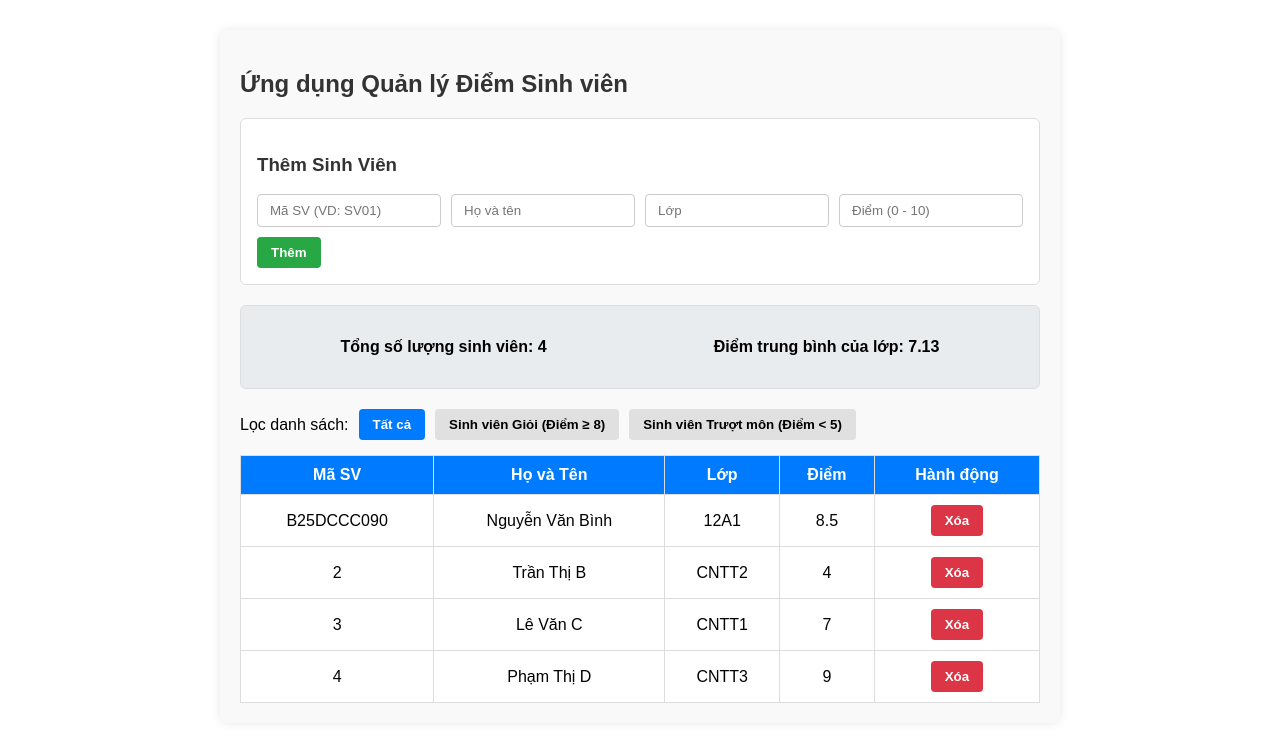
Repository: bachphamudu/B25DCCC030
Page: /
These files come from the project's save history. The page is drawn as it stood at one moment and after the next save; the edit follows.
The browser window is 1280 px wide. The pictures show the whole page.
The project was rebuilt for these pictures with package versions that can differ from the ones it lists, and the page was loaded fresh each time.

Above is the page before, as saved 2026-10-15 09:53:11.

### src/App.js
import React, { useState } from 'react';
import './App.css';

// 1. Đổi "props" thành "sql" trong StudentItem
const StudentItem = (sql) => {
  return (
    <tr>
      <td>{sql.student.id}</td>
      <td>{sql.student.name}</td>
      <td>{sql.student.className}</td>
      <td>{sql.student.score}</td>
      <td>
        <button
          className="btn-delete"
          onClick={() => sql.onDelete(sql.student.id)}
        >
          Xóa
        </button>
      </td>
    </tr>
  );
};

// 2. Đổi "props" thành "sql" trong StudentTable
const StudentTable = (sql) => {
  if (sql.students.length === 0) {
    return <p className="empty-text">Không có sinh viên nào phù hợp.</p>;
  }

  return (
    <table className="student-table">
      <thead>
        <tr>
          <th>Mã SV</th>
          <th>Họ và Tên</th>
          <th>Lớp</th>
          <th>Điểm</th>
          <th>Hành động</th>
        </tr>
      </thead>
      <tbody>
        {sql.students.map((student) => (
          <StudentItem
            key={student.id}
            student={student}
            onDelete={sql.onDelete}
          />
        ))}
      </tbody>
    </table>
  );
};

const App = () => {
  const [students, setStudents] = useState([
    { id: 'B25DCCC090', name: 'Nguyễn Văn Bình', score: 8.5, className: '12A1' },
    { id: '2', name: 'Trần Thị B', score: 4.0, className: 'CNTT2' },
    { id: '3', name: 'Lê Văn C', score: 7.0, className: 'CNTT1' },
    { id: '4', name: 'Phạm Thị D', score: 9.0, className: 'CNTT3' },
  ]);

  const [formData, setFormData] = useState({
    id: '',
    name: '',
    score: '',
    className: '',
  });

  const [errorMessage, setErrorMessage] = useState('');

  const [filterType, setFilterType] = useState('ALL');

  const handleInputChange = (e) => {
    const name = e.target.name;
    const value = e.target.value;
    setFormData((prev) => ({
      ...prev,
      [name]: value,
    }));
  };

  const handleAddStudent = (e) => {
    e.preventDefault();

    if (!formData.id.trim() || !formData.name.trim() || !formData.className.trim() || formData.score === '') {
      setErrorMessage('Vui lòng điền đầy đủ tất cả các trường thông tin!');
      return;
    }

    const isExisted = students.some((s) => s.id.toString().trim() === formData.id.trim());
    if (isExisted) {
      setErrorMessage(`Mã sinh viên "${formData.id.trim()}" đã tồn tại! Vui lòng chọn mã khác.`);
      return;
    }

    const numericScore = parseFloat(formData.score);
    if (isNaN(numericScore) || numericScore < 0 || numericScore > 10) {
      setErrorMessage('Điểm số phải là số hợp lệ từ 0 đến 10!');
      return;
    }

    const newStudent = {
      id: formData.id.trim(),
      name: formData.name.trim(),
      score: numericScore,
      className: formData.className.trim(),
    };

    setStudents((prev) => [...prev, newStudent]);

    setFormData({ id: '', name: '', score: '', className: '' });
    setErrorMessage('');
  };

  const handleDeleteStudent = (id) => {
    setStudents((prev) => prev.filter((student) => student.id !== id));
  };

  const filteredStudents = students.filter((student) => {
    if (filterType === 'EXCELLENT') return student.score >= 8;
    if (filterType === 'FAILED') return student.score < 5;
    return true;
  });

  const totalStudents = students.length;
  const averageScore = totalStudents > 0
    ? (students.reduce((sum, current) => sum + current.score, 0) / totalStudents).toFixed(2)
    : 0;

  return (
    <div className="container">
      <h2>Ứng dụng Quản lý Điểm Sinh viên</h2>

      {}
      <div className="card">
        <h3>Thêm Sinh Viên</h3>
        {errorMessage && <p className="error-alert">{errorMessage}</p>}
        <form onSubmit={handleAddStudent} className="form-group">
          <input
            type="text"
            name="id"
            placeholder="Mã SV (VD: SV01)"
            value={formData.id}
            onChange={handleInputChange}
          />
          <input
            type="text"
            name="name"
            placeholder="Họ và tên"
            value={formData.name}
            onChange={handleInputChange}
          />
          <input
            type="text"
            name="className"
            placeholder="Lớp"
            value={formData.className}
            onChange={handleInputChange}
          />
          <input
            type="number"
            name="score"
            placeholder="Điểm (0 - 10)"
            step="0.1"
            value={formData.score}
            onChange={handleInputChange}
          />
          <button type="submit" className="btn-add">Thêm</button>
        </form>
      </div>

      {}
      <div className="card stats-card">
        <p>{`Tổng số lượng sinh viên: ${totalStudents}`}</p>
        <p>{`Điểm trung bình của lớp: ${averageScore}`}</p>
      </div>

      {}
      <div className="filter-group">
        <span>Lọc danh sách: </span>
        <button
          className={filterType === 'ALL' ? 'active' : ''}
          onClick={() => setFilterType('ALL')}
        >
          Tất cả
        </button>
        <button
          className={filterType === 'EXCELLENT' ? 'active' : ''}
          onClick={() => setFilterType('EXCELLENT')}
        >
          Sinh viên Giỏi (Điểm &ge; 8)
        </button>
        <button
          className={filterType === 'FAILED' ? 'active' : ''}
          onClick={() => setFilterType('FAILED')}
        >
          Sinh viên Trượt môn (Điểm &lt; 5)
        </button>
      </div>

      {}
      <StudentTable
        students={filteredStudents}
        onDelete={handleDeleteStudent}
      />
    </div>
  );
};

export default App;

### src/App.css
.container {
  max-width: 800px;
  margin: 30px auto;
  padding: 20px;
  font-family: Arial, sans-serif;
  background-color: #f9f9f9;
  border-radius: 8px;
  box-shadow: 0 0 10px rgba(0, 0, 0, 0.1);
}

h2, h3 {
  color: #333;
}

.card {
  background: white;
  padding: 16px;
  border-radius: 6px;
  margin-bottom: 20px;
  border: 1px solid #ddd;
}

.form-group {
  display: flex;
  gap: 10px;
  flex-wrap: wrap;
}

.form-group input {
  padding: 8px 12px;
  border: 1px solid #ccc;
  border-radius: 4px;
  flex: 1;
  min-width: 140px;
}

.error-alert {
  color: red;
  margin-bottom: 10px;
  font-size: 14px;
}

button {
  cursor: pointer;
  padding: 8px 14px;
  border: none;
  border-radius: 4px;
  font-weight: bold;
}

.btn-add {
  background-color: #28a745;
  color: white;
}

.btn-delete {
  background-color: #dc3545;
  color: white;
}

.stats-card {
  display: flex;
  justify-content: space-around;
  font-weight: bold;
  background-color: #e9ecef;
}

.filter-group {
  margin-bottom: 15px;
  display: flex;
  align-items: center;
  gap: 10px;
}

.filter-group button {
  background-color: #e0e0e0;
}

.filter-group button.active {
  background-color: #007bff;
  color: white;
}

.student-table {
  width: 100%;
  border-collapse: collapse;
  background: white;
}

.student-table th, .student-table td {
  border: 1px solid #ddd;
  padding: 10px;
  text-align: center;
}

.student-table th {
  background-color: #007bff;
  color: white;
}

.student-table tr:hover {
  background-color: #f1f1f1;
}

.empty-text {
  text-align: center;
  color: #777;
  font-style: italic;
}

Loaded but not shown: public/index.html (common file); src/index.js (common file); src/index.css (common file); src/reportWebVitals.js (common file)

After the next save:
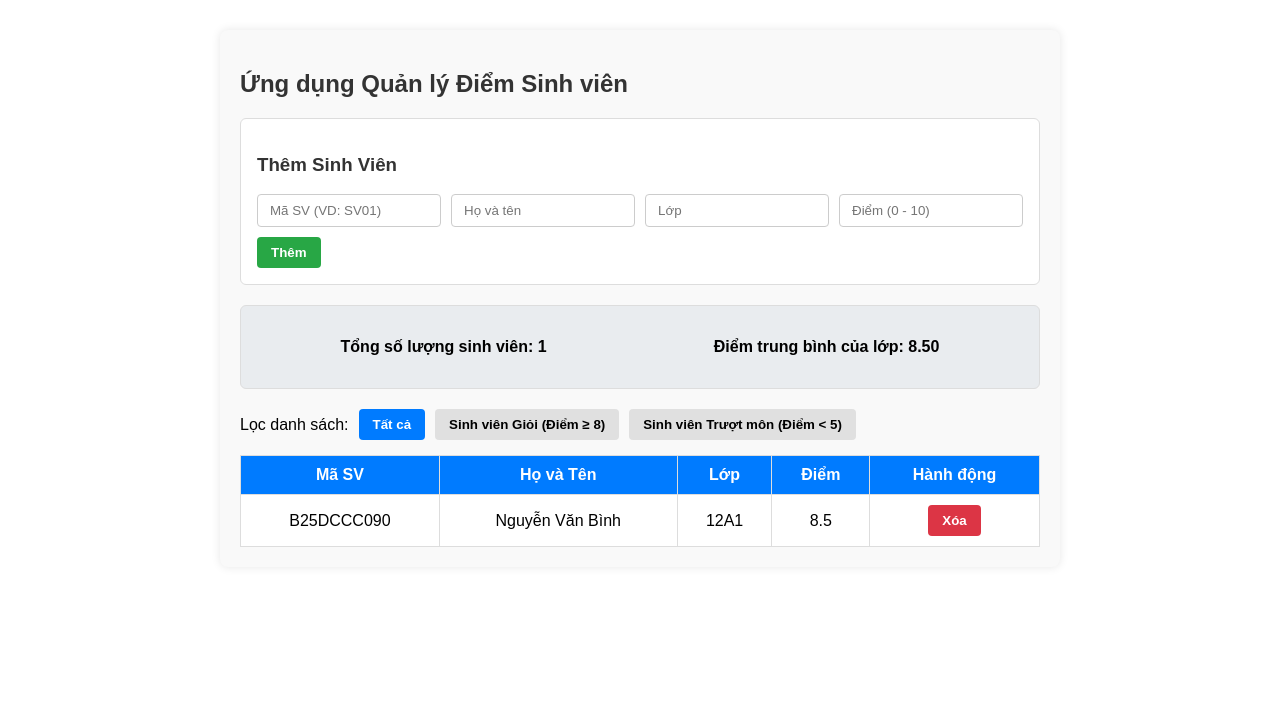
Saved 8 s later.
--- a/src/App.js
+++ b/src/App.js
@@ -54,9 +54,7 @@ const StudentTable = (sql) => {
 const App = () => {
   const [students, setStudents] = useState([
     { id: 'B25DCCC090', name: 'Nguyễn Văn Bình', score: 8.5, className: '12A1' },
-    { id: '2', name: 'Trần Thị B', score: 4.0, className: 'CNTT2' },
-    { id: '3', name: 'Lê Văn C', score: 7.0, className: 'CNTT1' },
-    { id: '4', name: 'Phạm Thị D', score: 9.0, className: 'CNTT3' },
+
   ]);
 
   const [formData, setFormData] = useState({
